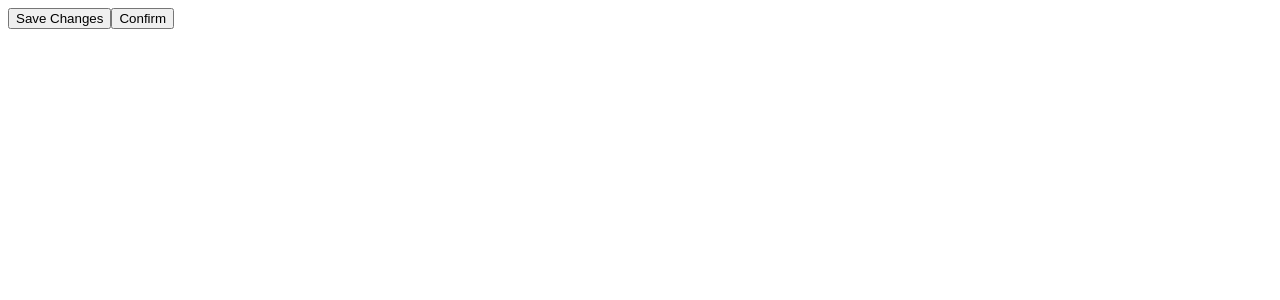
Repository: Leeminsu67/react-principle-study
Page: props.html
These files come from the project's save history. The page is drawn as it stood at one moment and after the next save; the edit follows.
The browser window is 1280 px wide. The pictures show the whole page.

Above is the page before, as saved 2024-08-01 19:36:14.

After the next save:
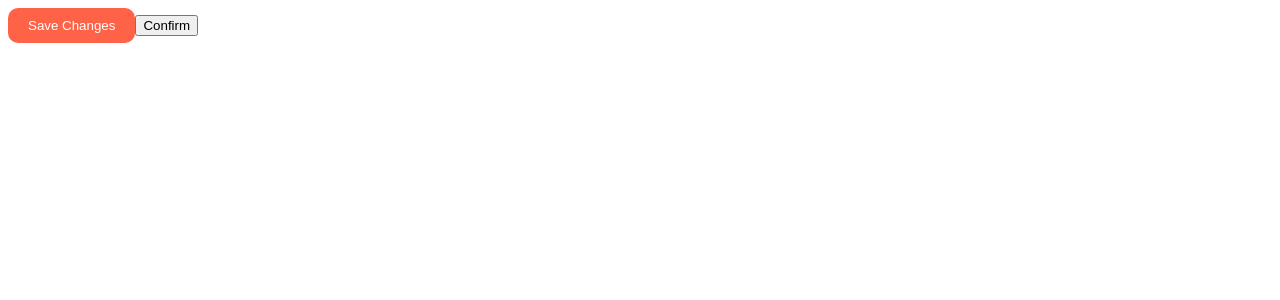
Saved 76 s later.
--- a/props.html
+++ b/props.html
@@ -8,7 +8,19 @@
   <script src="https://unpkg.com/@babel/standalone/babel.min.js"></script>
   <script type="text/babel">
     function SaveBtn() {
-      return <button>Save Changes</button>;
+      return (
+        <button
+          style={{
+            backgroundColor: "tomato",
+            color: "white",
+            padding: "10px 20px",
+            border: 0,
+            borderRadius: 10,
+          }}
+        >
+          Save Changes
+        </button>
+      );
     }
     function ConfirmBtn() {
       return <button>Confirm</button>;
